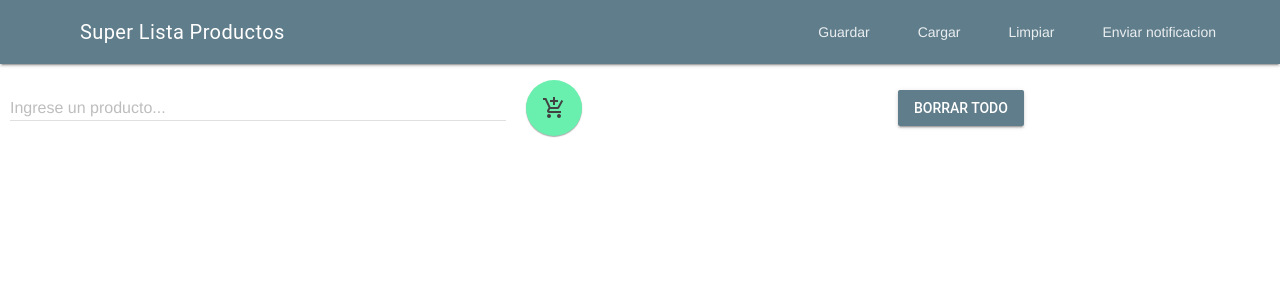
Repository: robertods/robertods.github.io
Page: my-pwa/index.html
The author's editor kept a copy of each file at every save. The page is drawn from the files as they stood at one save, then again after the next save.
The browser window is 1280 px wide. The pictures show the whole page.

Above is the page before, as saved 2022-04-22 18:00:23.

After the next save:
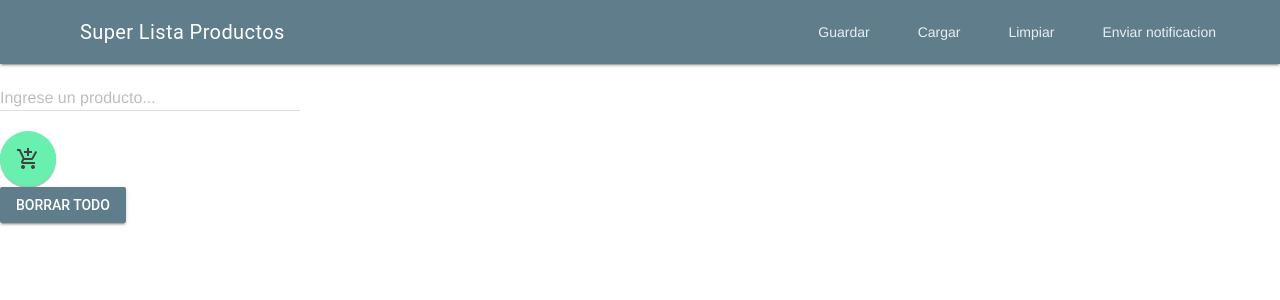
Not found: my-pwa/styles/home.css
Saved 2 min 8 s later.
--- a/my-pwa/style.css
+++ b/my-pwa/style.css
@@ -1,33 +1 @@
-.demo-list-item {
-  width: 100%;
-}
-
-.w-10 {
-  width: 10%;
-}
-
-.w-20 {
-  width: 20%;
-}
-
-.w-30 {
-  width: 30%;
-}
-
-.w-40 {
-  width: 40%;
-}
-
-.ml-item {
-  margin-left : 20px;
-}
-
-.page-content {
-  padding: 10px;
-}
-
-.contenedor {
-  display: flex;
-  justify-content: space-around;
-  align-items: center;
-}
+@import url('./styles/home.css');

After the 2 saves that followed:
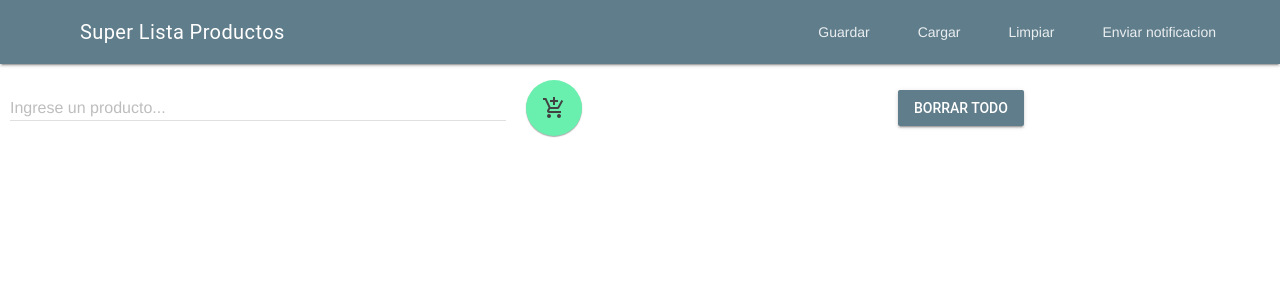
The 2 saves are shown as one change because they came seconds apart.
The last was saved 6 s later.
--- /dev/null
+++ b/my-pwa/styles/home.css
@@ -0,0 +1,33 @@
+.demo-list-item {
+  width: 100%;
+}
+
+.w-10 {
+  width: 10%;
+}
+
+.w-20 {
+  width: 20%;
+}
+
+.w-30 {
+  width: 30%;
+}
+
+.w-40 {
+  width: 40%;
+}
+
+.ml-item {
+  margin-left : 20px;
+}
+
+.page-content {
+  padding: 10px;
+}
+
+.contenedor {
+  display: flex;
+  justify-content: space-around;
+  align-items: center;
+}
